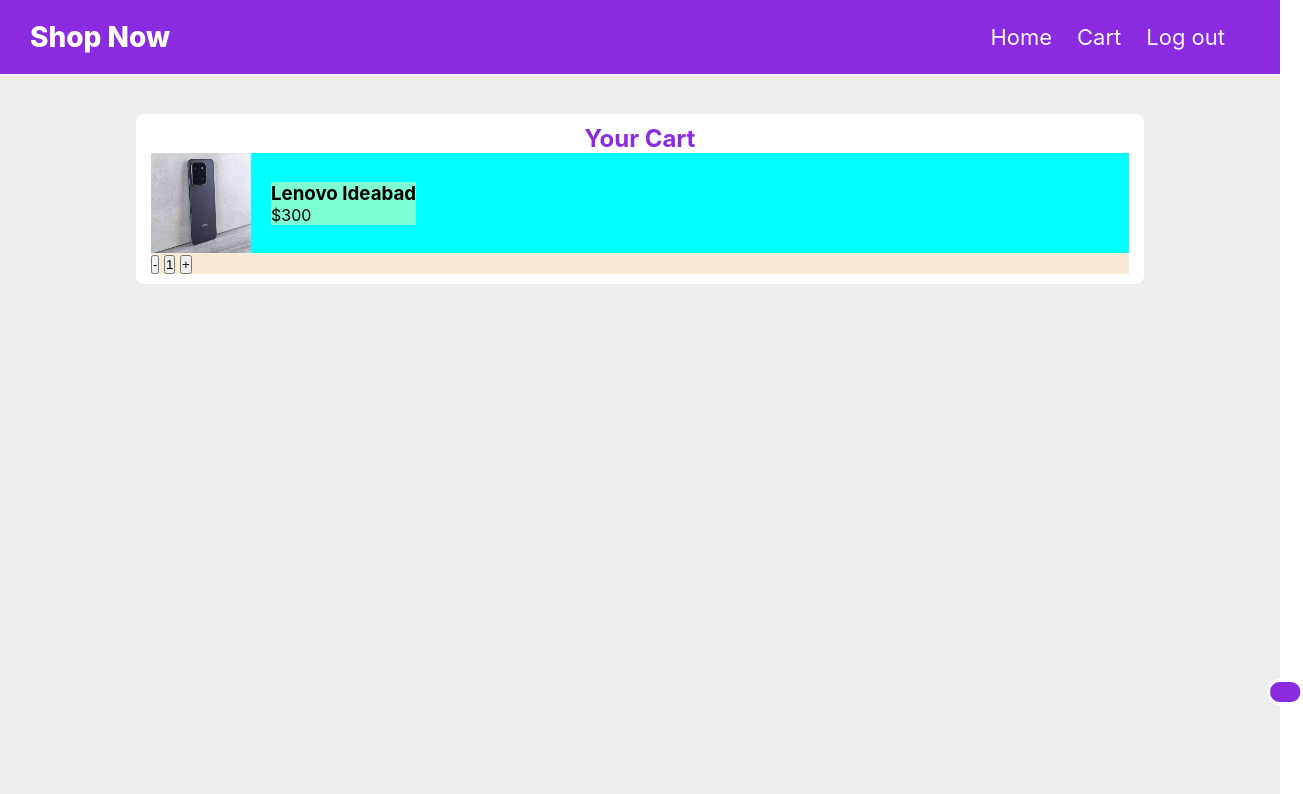
Repository: Eslam0Mohamed/simple-ecommerce-auth
Page: cart.html
These files come from the project's save history. The page is drawn as it stood at one moment and after the next save; the edit follows.
The browser window is 1280 px wide. The page is 1303 px wide, so the pictures cover 1303 px, including what lies to the right of the window. The pictures show the whole page.

Above is the page before, as saved 2026-01-29 16:25:40.

After the next save:
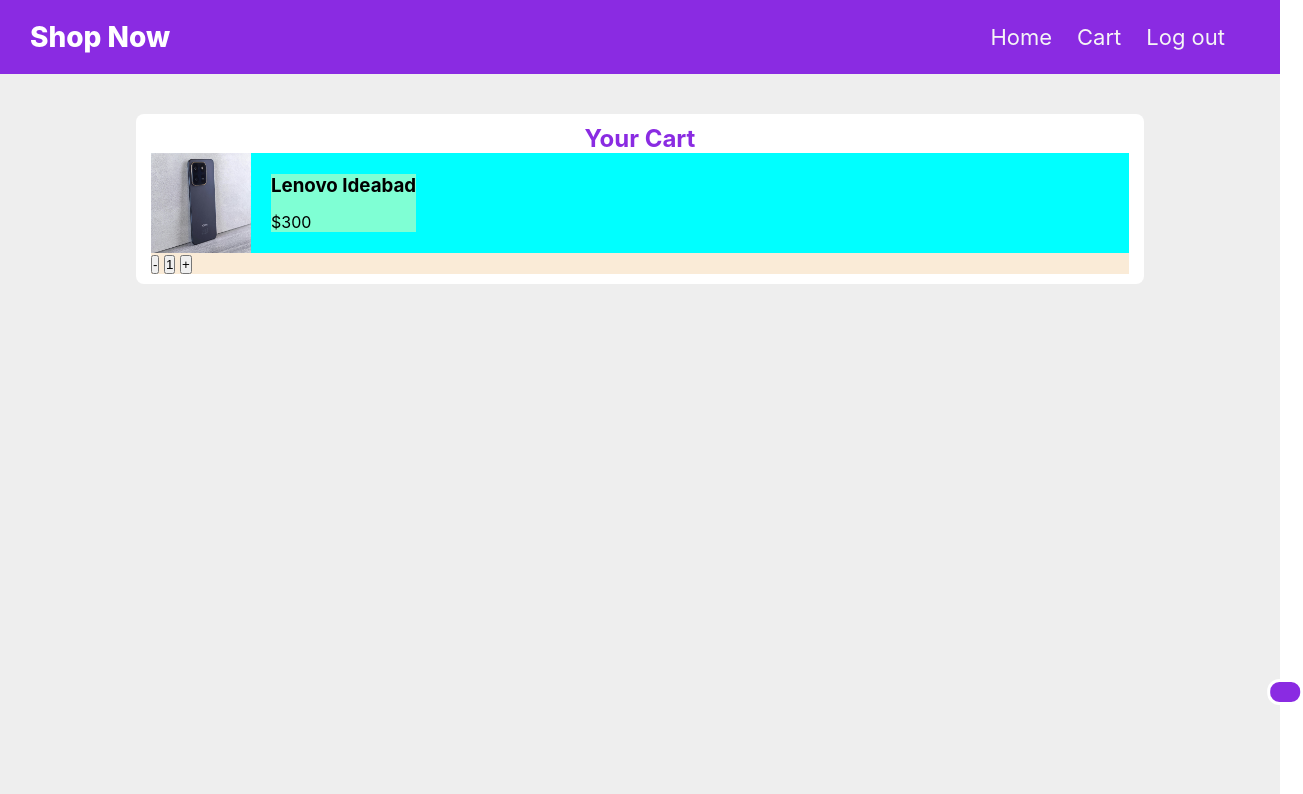
Saved 4 s later.
--- a/style/style.css
+++ b/style/style.css
@@ -237,7 +237,7 @@
 height: 100px;
 }
 .product-details h3{
-    margin-bottom: ;
+    margin-bottom: 15px;
 }
 .product-details-text{
 background-color: aquamarine;
